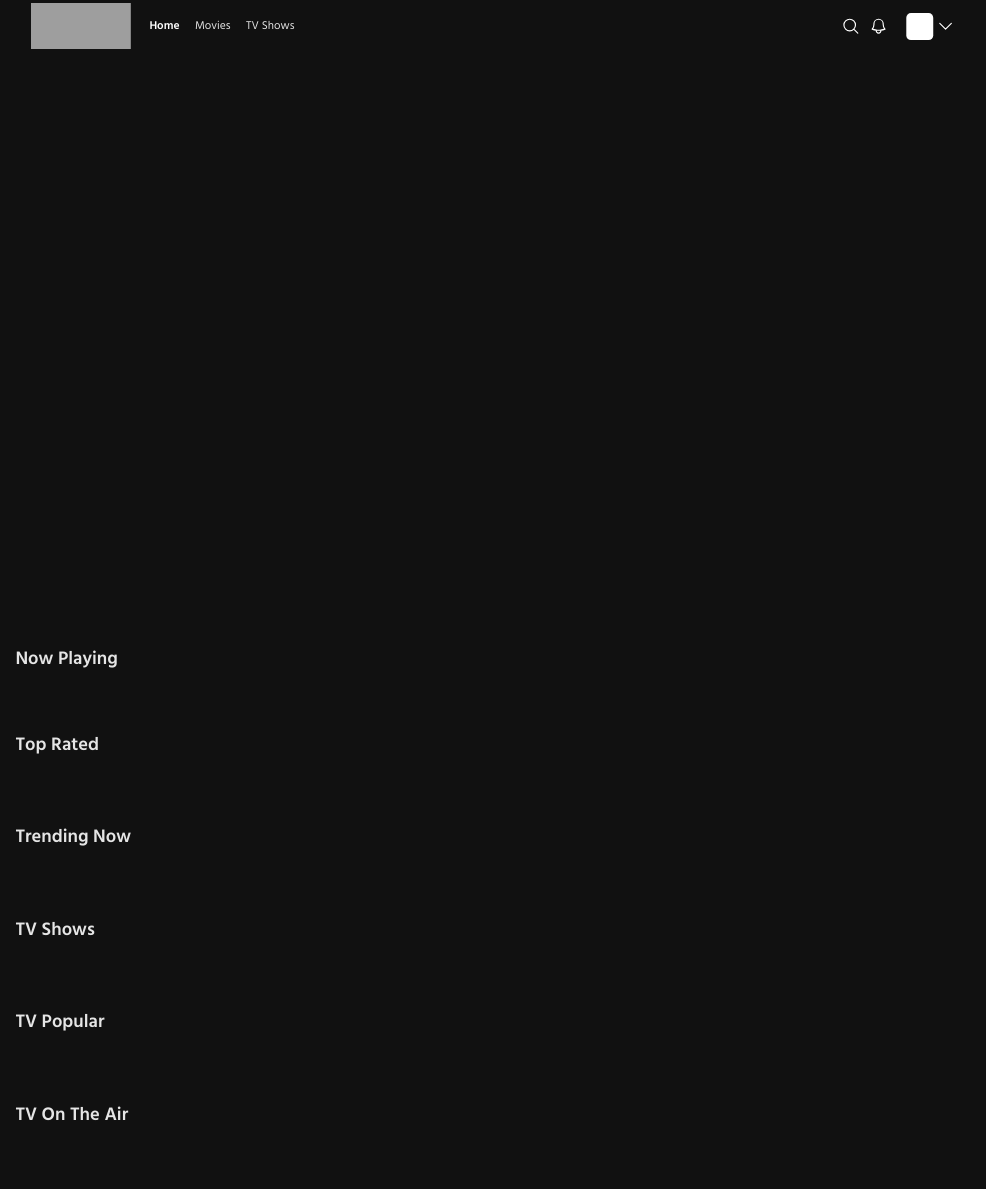
Repository: quynguyenn97/react-movie-app
Page: /
These files come from the project's save history. The page is drawn as it stood at one moment and after the next save; the edit follows.
The browser window is 1280 px wide. The pictures show the part of the page from y = 0 to 1544 px (the page is 2052 px tall before and 2044 px after), at 77% of full size.
Pictures or frames that could not be fetched are drawn as grey boxes. The page's requests for data from a server got no answer. The project was rebuilt for these pictures with package versions that can differ from the ones it lists, and the page was loaded fresh each time. No one was signed in, and anything a server would have sent is missing. Also part of the build but not shown: src/banner/Banner.scss, src/hook/useDebounce.js, src/components/button/Button.js, src/components/shows/ShowsCard.js, src/pages/ShowPage.js, src/pages/ShowDetailPage.js, src/components/movie/MovieCard.scss.

Above is the page before, as saved 2022-10-18 22:40:50.

After the next save:
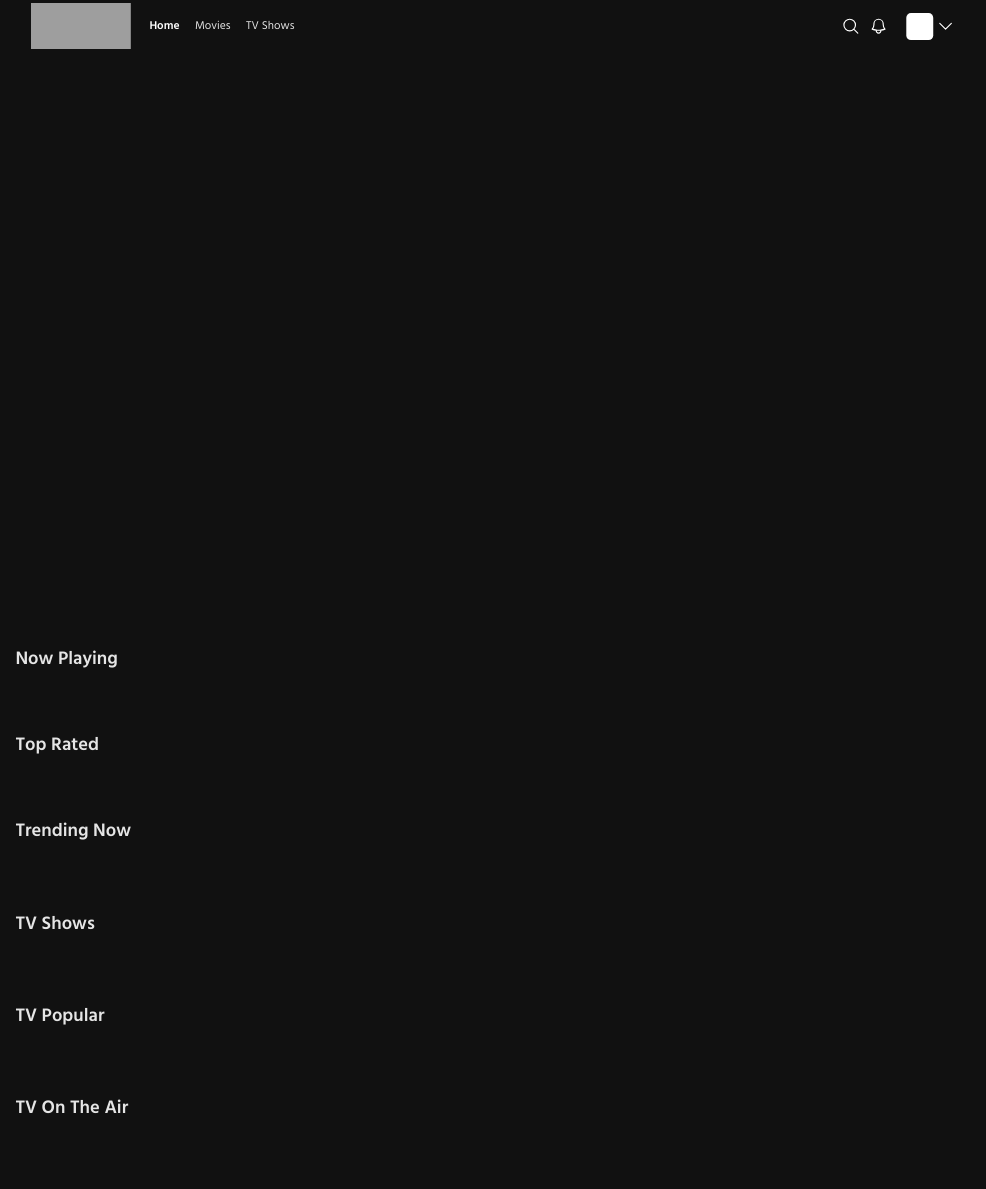
Saved 6 s later.
--- a/src/pages/HomePage.js
+++ b/src/pages/HomePage.js
@@ -13,7 +13,7 @@ const HomePage = () => {
                 <div className="movie-list grid grid-cols-4 gap-10"></div>
             </section>
             <section className="movies-layout px-5 pb-20">
-                <h2 className="text-[#e5e5e5] capitalize mb-2  text-2xl sm:text-2xl font-bold">
+                <h2 className="text-[#e5e5e5] capitalize  text-2xl sm:text-2xl font-bold">
                     Top Rated
                 </h2>
                 <MovieList type="top_rated"></MovieList>
